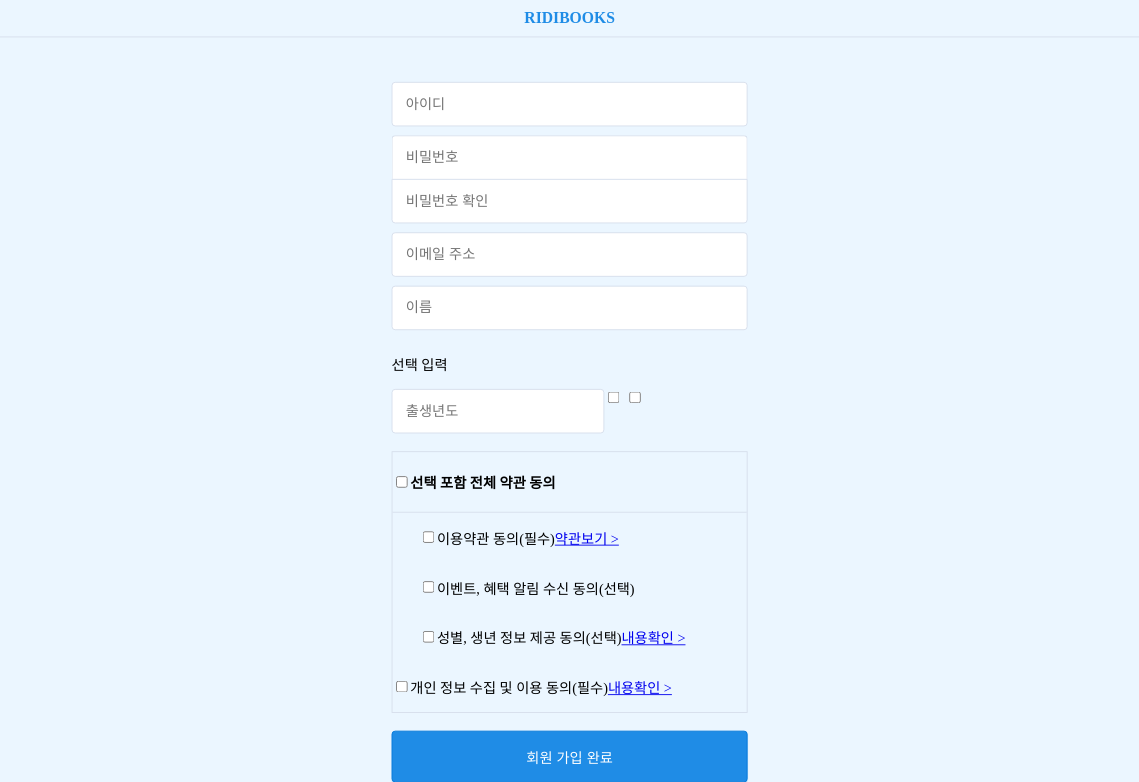
Repository: mega-teamproject/teamproject1
Page: html/join2.html
An editor plug-in stored every save of this project. The page is shown before and after the next save, followed by the edit.
The browser window is 1280 px wide. The pictures show the whole page, at 89% of full size.

Above is the page before, as saved 2021-12-28 03:26:13.

After the next save:
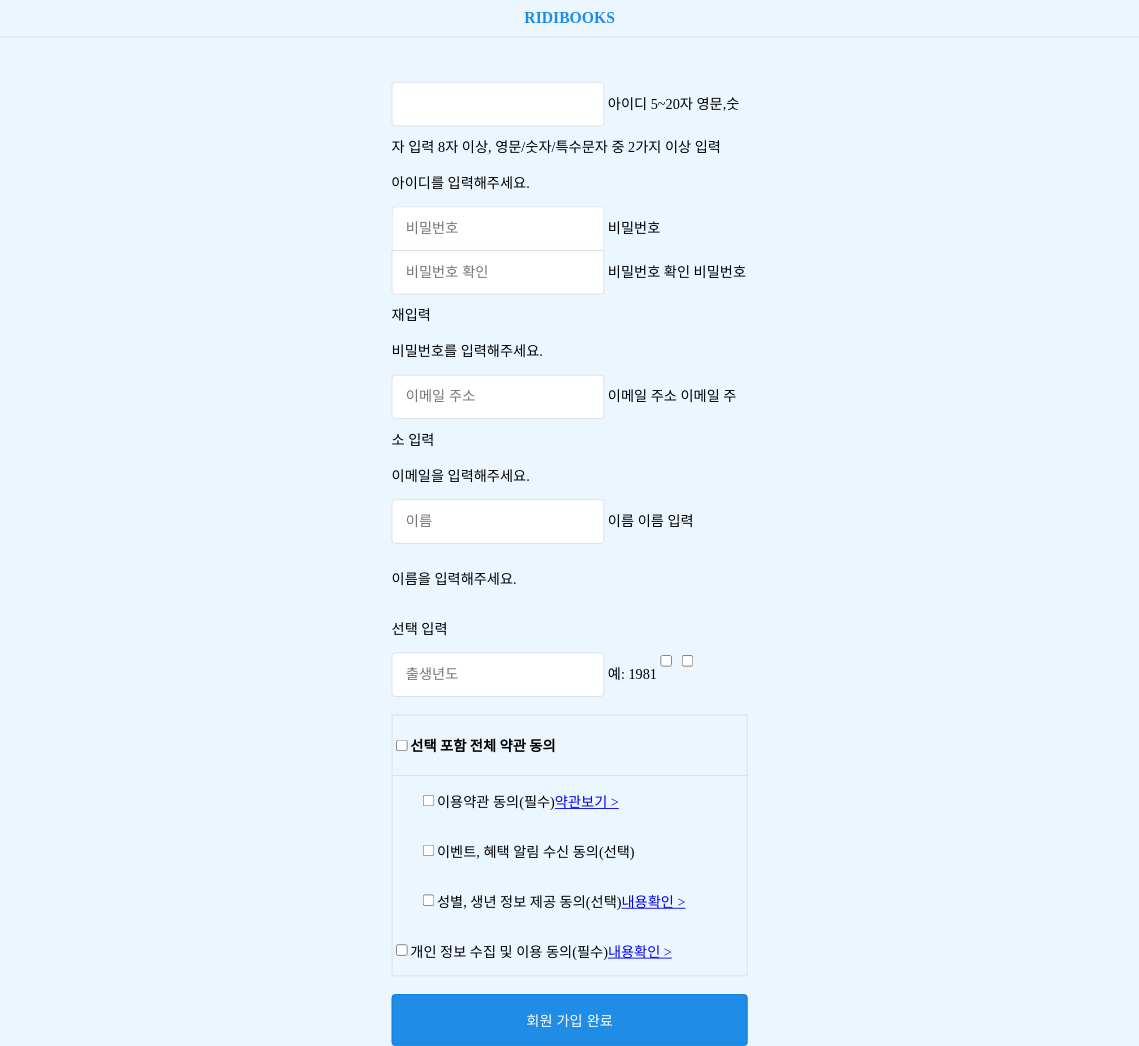
Saved 43 h 25 min later.
--- a/html/join2.html
+++ b/html/join2.html
@@ -15,34 +15,59 @@
         </h3>
       </header>
       <form action="">
-        <input type="text" class="mt-b" placeholder="아이디" />
-        <input type="password" name="pwd" id="pwd" placeholder="비밀번호" />
-        <input
-          type="password"
-          name="pwdCheck"
-          id="pwdCheck"
-          placeholder="비밀번호 확인"
-          class="mt-b"
-        />
-        <input
-          type="email"
-          name="mail"
-          id="mail"
-          class="mt-b"
-          placeholder="이메일 주소"
-        />
-        <input
-          type="text"
-          name="name"
-          id="name"
-          class="mt-b"
-          placeholder="이름"
-        />
+        <div>
+          <input type="text" class="mt-b" />
+          <span>아이디</span>
+          <span>5~20자 영문,숫자 입력</span>
+          <span>8자 이상, 영문/숫자/특수문자 중 2가지 이상 입력</span>
+          <p>아이디를 입력해주세요.</p>
+        </div>
+        <div>
+          <input type="password" name="pwd" id="pwd" placeholder="비밀번호" />
+          <span>비밀번호</span>
+        </div>
+        <div>
+          <input
+            type="password"
+            name="pwdCheck"
+            id="pwdCheck"
+            placeholder="비밀번호 확인"
+            class="mt-b"
+          />
+          <span>비밀번호 확인</span>
+          <span>비밀번호 재입력</span>
+          <p>비밀번호를 입력해주세요.</p>
+        </div>
+        <div>
+          <input
+            type="email"
+            name="mail"
+            id="mail"
+            class="mt-b"
+            placeholder="이메일 주소"
+          />
+          <span>이메일 주소</span>
+          <span>이메일 주소 입력</span>
+          <p>이메일을 입력해주세요.</p>
+        </div>
+        <div>
+          <input
+            type="text"
+            name="name"
+            id="name"
+            class="mt-b"
+            placeholder="이름"
+          />
+          <span>이름</span>
+          <span>이름 입력</span>
+          <p>이름을 입력해주세요.</p>
+        </div>
         <div class="mt-b">
           <p id="label">선택 입력</p>
           <div class="birth-gender">
             <div class="birth">
               <input type="text" placeholder="출생년도" />
+              <span>예: 1981</span>
             </div>
             <div class="gender">
               <label for="gender">
